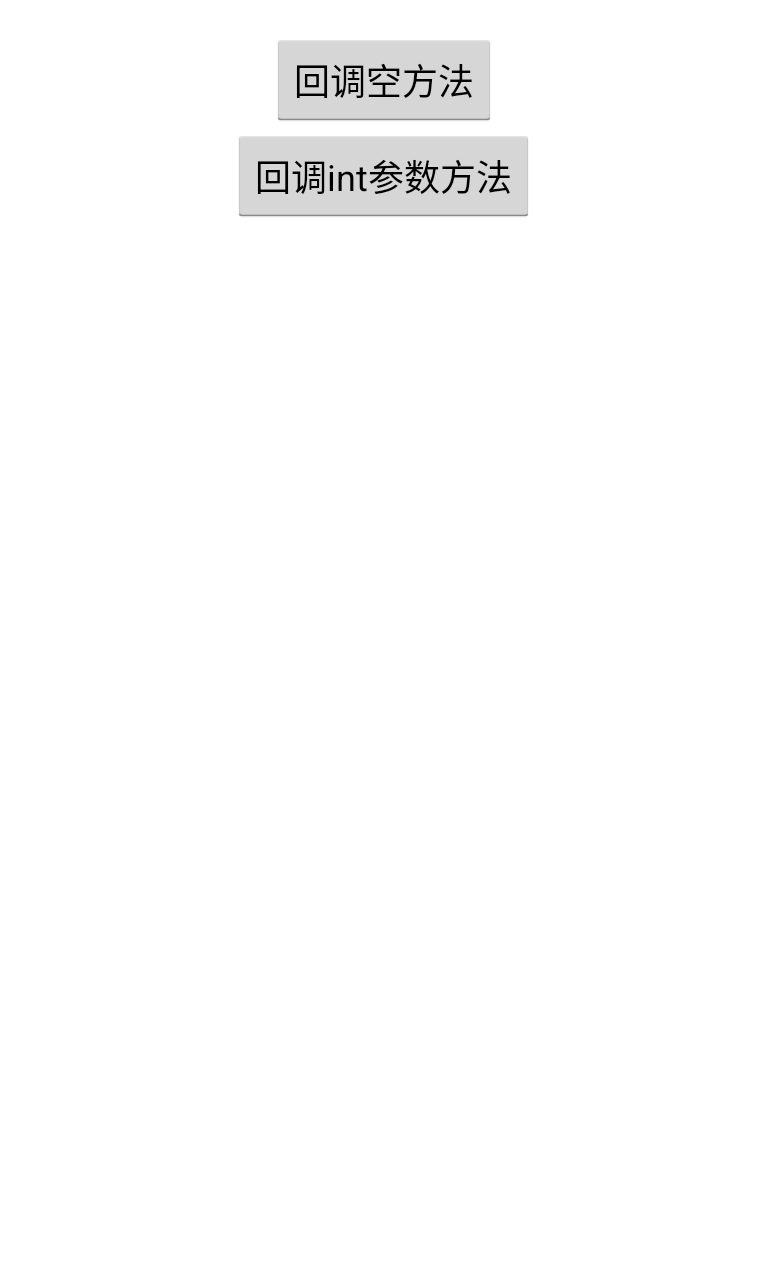
Repository: xfhy/Usually-learn-Android
Layout: JNI/4_C回调java方法/res/layout/activity_main.xml
These files come from the project's save history. The layout is drawn as it stood at one moment and after the next save; the edit follows.
It is drawn on a 768 x 1280 px phone screen (xhdpi) without system bars, with theme AppTheme; the app's code is not run.

Above is the layout before, as saved 2017-04-09 01:27:42.

### JNI/4_C回调java方法/res/layout/activity_main.xml
<LinearLayout xmlns:android="http://schemas.android.com/apk/res/android"
    xmlns:tools="http://schemas.android.com/tools"
    android:layout_width="match_parent"
    android:layout_height="match_parent"
    android:orientation="vertical"
    android:padding="16dp"
    android:gravity="center_horizontal"
    tools:context="com.xfhy.callbackjava.MainActivity$PlaceholderFragment" >

    <Button
        android:id="@+id/bt_callbackvoid"
        android:layout_width="wrap_content"
        android:layout_height="wrap_content"
        android:text="回调空方法" />

    <Button
        android:id="@+id/bt_callbackint"
        android:layout_width="wrap_content"
        android:layout_height="wrap_content"
        android:text="回调int参数方法" />


</LinearLayout>

Loaded but not shown: JNI/4_C回调java方法/res/values/styles.xml (common file); JNI/4_C回调java方法/res/values-v11/styles.xml (common file); JNI/4_C回调java方法/res/values-v14/styles.xml (common file)

After the next save:
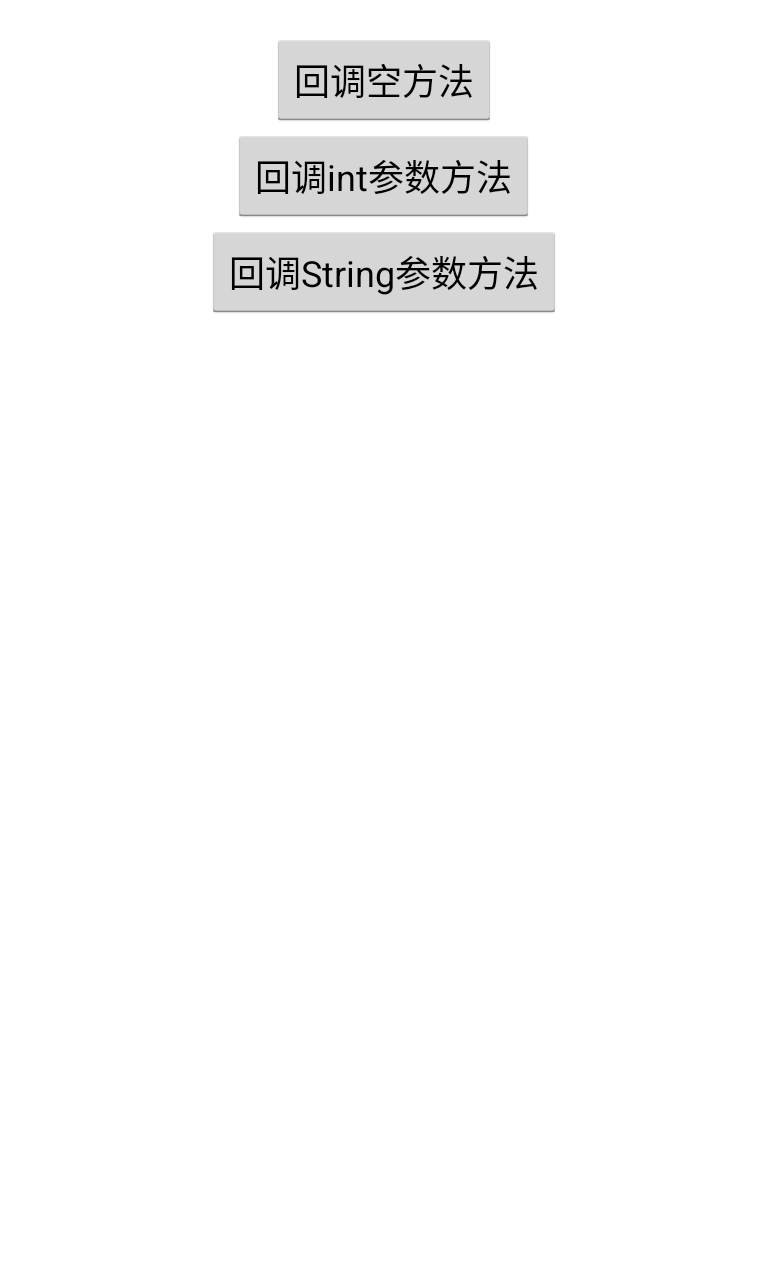
Saved 22 min 30 s later.
--- a/JNI/4_C回调java方法/res/layout/activity_main.xml
+++ b/JNI/4_C回调java方法/res/layout/activity_main.xml
@@ -19,5 +19,10 @@
         android:layout_height="wrap_content"
         android:text="回调int参数方法" />
 
+    <Button
+        android:id="@+id/bt_callbackstring"
+        android:layout_width="wrap_content"
+        android:layout_height="wrap_content"
+        android:text="回调String参数方法" />
 
 </LinearLayout>
